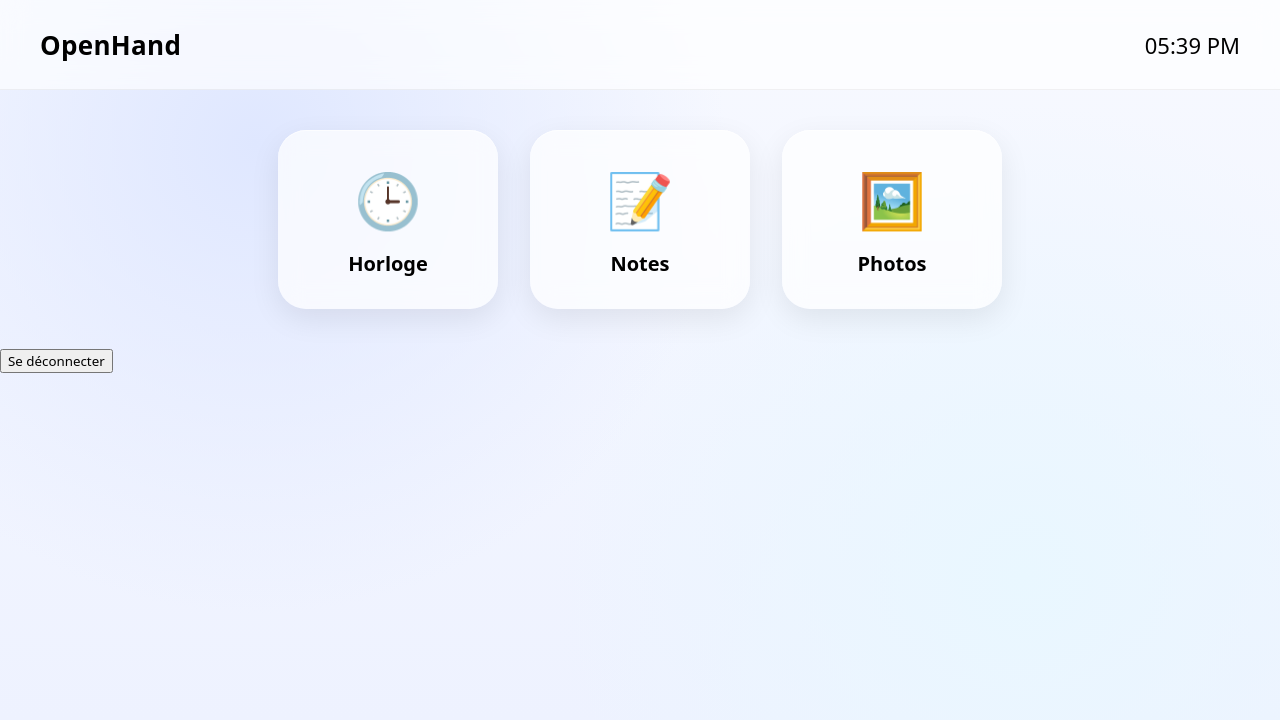
Repository: nlagardere/OpenHand
Page: index.html
The author's editor kept a copy of each file at every save. The page is drawn from the files as they stood at one save, then again after the next save.
The browser window is 1280 px wide. The pictures show the whole page.

Above is the page before, as saved 2026-01-30 21:32:52.

After the next save:
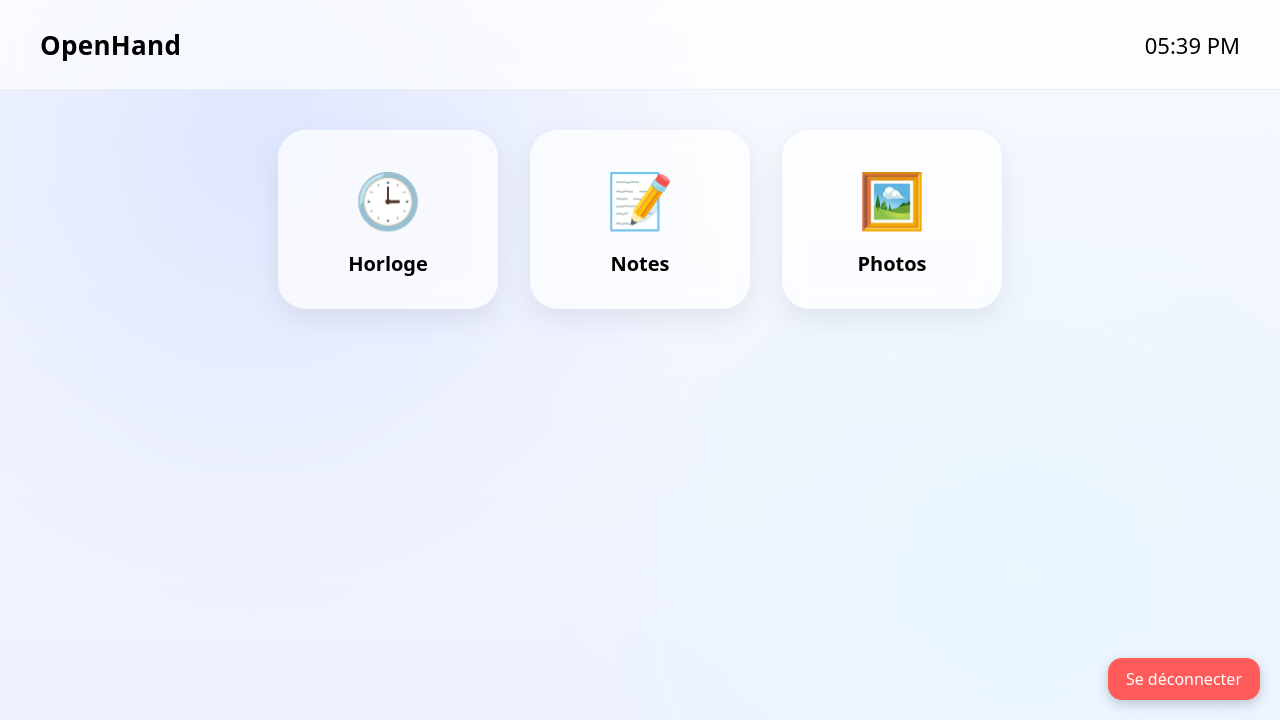
Saved 7 s later.
--- a/index.html
+++ b/index.html
@@ -35,7 +35,7 @@ shutdownbtn.addEventListener('click', () => {
 </script>
 
 <style>
-#logoutBtn {
+#shutdownbtn {
     position: fixed;
     bottom: 20px;
     right: 20px;
